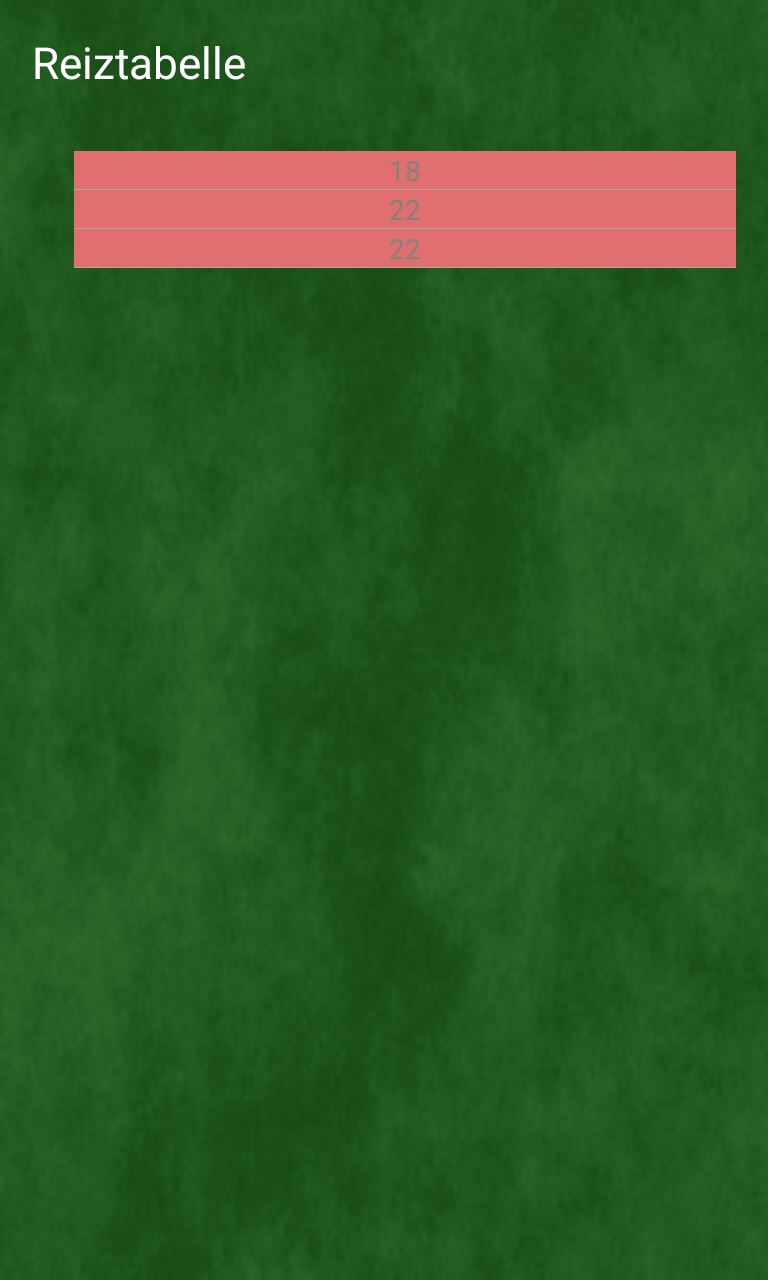
Repository: razinanu/InSy-Skat
Layout: InSy-Skat/res/layout/fragment_result.xml
These files come from the project's save history. The layout is drawn as it stood at one moment and after the next save; the edit follows.
It is drawn on a 768 x 1280 px phone screen (xhdpi) without system bars, with theme AppTheme; the app's code is not run.

Above is the layout before, as saved 2014-06-19 19:39:49.

### InSy-Skat/res/layout/fragment_result.xml
<RelativeLayout xmlns:android="http://schemas.android.com/apk/res/android"
    xmlns:tools="http://schemas.android.com/tools"
    android:layout_width="match_parent"
    android:layout_height="match_parent"
    android:paddingBottom="@dimen/activity_vertical_margin"
    android:paddingLeft="@dimen/activity_horizontal_margin"
    android:paddingRight="@dimen/activity_horizontal_margin"
    android:paddingTop="@dimen/activity_vertical_margin"
    android:background="@drawable/hintergrundapp"
    tools:context="com.example.insy_skat.ResultActivity$PlaceholderFragment" >

     <TextView
        android:id="@+id/reizTabelleText"
        android:layout_width="wrap_content"
        android:layout_height="wrap_content"
        android:text="@string/reizenTabelle"
        android:textAppearance="?android:attr/textAppearanceLarge"
        android:textColor="#ffffff" />

     <ScrollView
         android:id="@+id/scrollView1"
         android:layout_width="match_parent"
         android:layout_height="match_parent"
         android:layout_alignLeft="@+id/reizTabelleText"
         android:layout_below="@+id/reizTabelleText"
         android:layout_marginLeft="21dp"
         android:layout_marginTop="30dp"
          android:layout_marginBottom="30dp" >

         <LinearLayout
             android:layout_width="match_parent"
             android:layout_height="wrap_content"
             android:orientation="vertical" >

             <TextView
                 android:id="@+id/text18"
                 android:layout_width="match_parent"
                 android:layout_height="wrap_content"
                 android:textColor="@color/textnotAvailable"
                 android:background="@color/backgroundnotAvailable"
                 android:gravity="center"
                 android:text="@string/text18"
                 android:textAppearance="?android:attr/textAppearanceSmall" />
              <View
                android:layout_width="fill_parent"
                android:layout_height="0.2dp"
                android:visibility="visible"
                android:background="@android:color/darker_gray"/>
               <TextView
                 android:id="@+id/text20"
                 android:layout_width="match_parent"
                 android:layout_height="wrap_content"
                 android:textColor="@color/textnotAvailable"
                 android:background="@color/backgroundnotAvailable"
                 android:gravity="center"
                 android:text="@string/text22"
                 android:textAppearance="?android:attr/textAppearanceSmall" />
              <View
                android:layout_width="fill_parent"
                android:layout_height="0.2dp"
                android:visibility="visible"
                android:background="@android:color/darker_gray"/>
               <TextView
                 android:id="@+id/text22"
                 android:layout_width="match_parent"
                 android:layout_height="wrap_content"
                 android:textColor="@color/textnotAvailable"
                 android:background="@color/backgroundnotAvailable"
                 android:gravity="center"
                 android:text="@string/text22"
                 android:textAppearance="?android:attr/textAppearanceSmall" />
              <View
                android:layout_width="fill_parent"
                android:layout_height="0.2dp"
                android:id="@+id/separator"
                android:visibility="visible"
                android:background="@android:color/darker_gray"/>




         </LinearLayout>
     </ScrollView>

</RelativeLayout>

### InSy-Skat/res/values/strings.xml
<?xml version="1.0" encoding="utf-8"?>
<resources>

    <string name="app_name">Reizassistent</string>
    <string name="action_settings">Settings</string>
    <string name="zurueck">Zurück</string>
    <string name="weiter">Weiter</string>
    <string name="menue">Menü</string>
    <string name="abbrechen">Abbrechen</string>
    <string name="farbspielGrand">Farbspiel/Grand</string>
    <string name="nullString">Null</string>
    <string name="grand">Grand</string>
    <string name="reizassistent">Reizassistent</string>
     <string name="bubenAuswaehlen">Buben Auswählen</string>
    <string name="farbenAuswahl">Farben Auswählen</string>
    <string name="reizenTabelle">Reiztabelle</string>
    <string name="title_activity_selected_soldiers">SelectedSoldiers</string>
    <string name="title_activity_farben_auswahl">FarbenAuswahl</string>
    <string name="title_activity_result">ResultActivity</string>
    <string name="text18">18</string>
     <string name="text20">20</string>
    <string name="text22">22</string>
     <string name="text23">23</string>
      <string name="text24">24</string>
      <string name="text27">27</string>
      <string name="text30">30</string>
      <string name="text35">35</string>
      <string name="text36">36</string>
      <string name="text40">40</string>
      <string name="text44">44</string>
      <string name="text45">45</string>
      <string name="text46">46</string>
      <string name="text48">48</string>
      <string name="text50">50</string>
</resources>

### InSy-Skat/res/values/color.xml
<?xml version="1.0" encoding="utf-8"?>
<resources>
<color name="textAvailable">#000000</color>
<color name="textnotAvailable">#828282</color>
<color name="backgroundAvailable">#4CA64C</color>
<color name="backgroundnotAvailable">#E26F6F</color>
</resources>

Loaded but not shown: InSy-Skat/res/values-v11/styles.xml (common file); InSy-Skat/res/values/styles.xml (common file); InSy-Skat/res/values-v14/styles.xml (common file); InSy-Skat/res/values/dimens.xml (common file); InSy-Skat/res/values-w820dp/dimens.xml (common file)

After the next save:
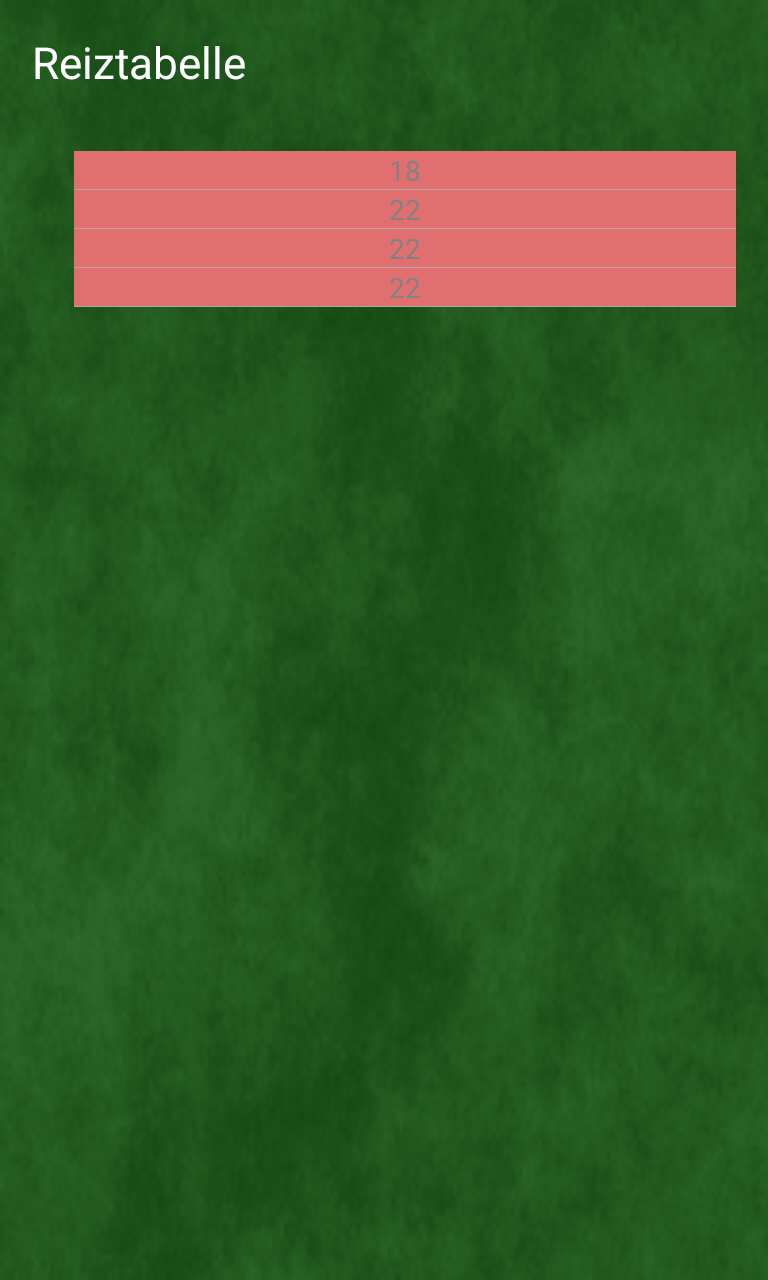
Saved 4 h 38 min later.
--- a/InSy-Skat/res/layout/fragment_result.xml
+++ b/InSy-Skat/res/layout/fragment_result.xml
@@ -75,6 +75,21 @@
                 android:id="@+id/separator"
                 android:visibility="visible"
                 android:background="@android:color/darker_gray"/>
+              <TextView
+                 android:id="@+id/text"
+                 android:layout_width="match_parent"
+                 android:layout_height="wrap_content"
+                 android:textColor="@color/textnotAvailable"
+                 android:background="@color/backgroundnotAvailable"
+                 android:gravity="center"
+                 android:text="@string/text22"
+                 android:textAppearance="?android:attr/textAppearanceSmall" />
+              <View
+                android:layout_width="fill_parent"
+                android:layout_height="0.2dp"
+                android:id="@+id/separator"
+                android:visibility="visible"
+                android:background="@android:color/darker_gray"/>
 
 
 
